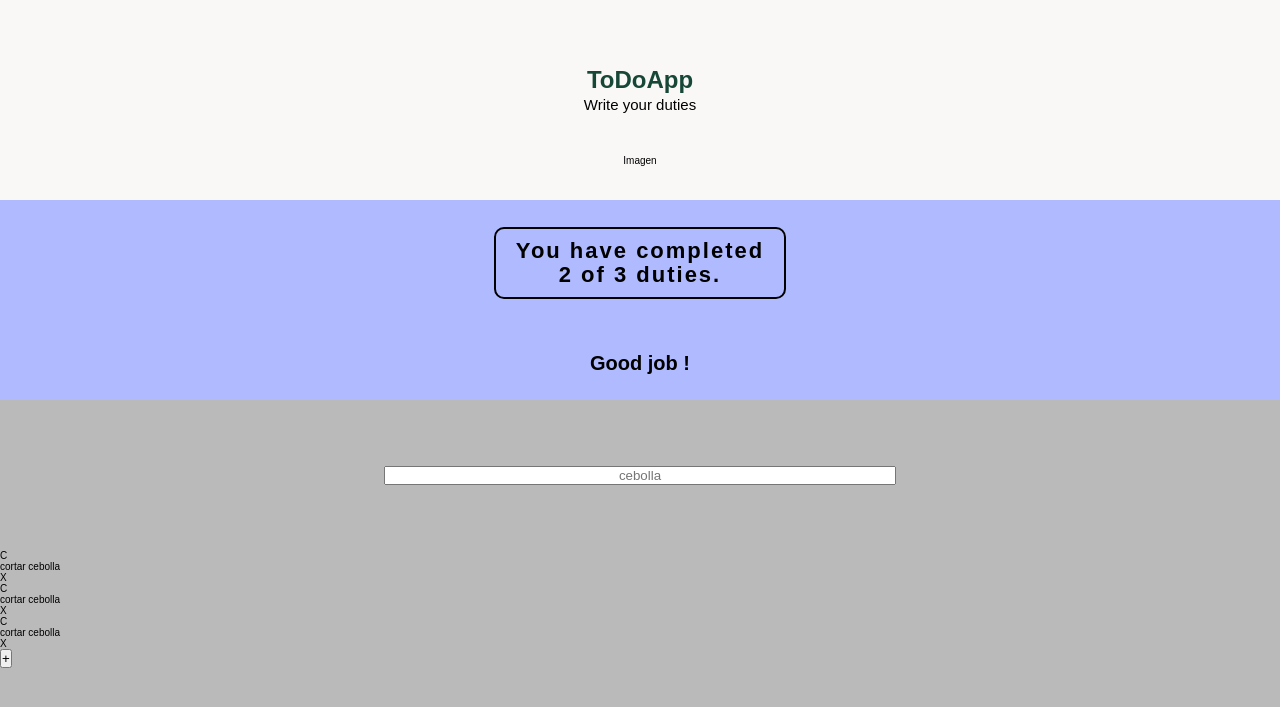
Repository: ChristianGecchelin/to-do-app
Page: /
The author's editor kept a copy of each file at every save. The page is drawn from the files as they stood at one save, then again after the next save.
The browser window is 1280 px wide. The pictures show the whole page.
The project was rebuilt for these pictures with package versions that can differ from the ones it lists, and the page was loaded fresh each time.

Above is the page before, as saved 2022-01-12 11:19:25.

After the next save:
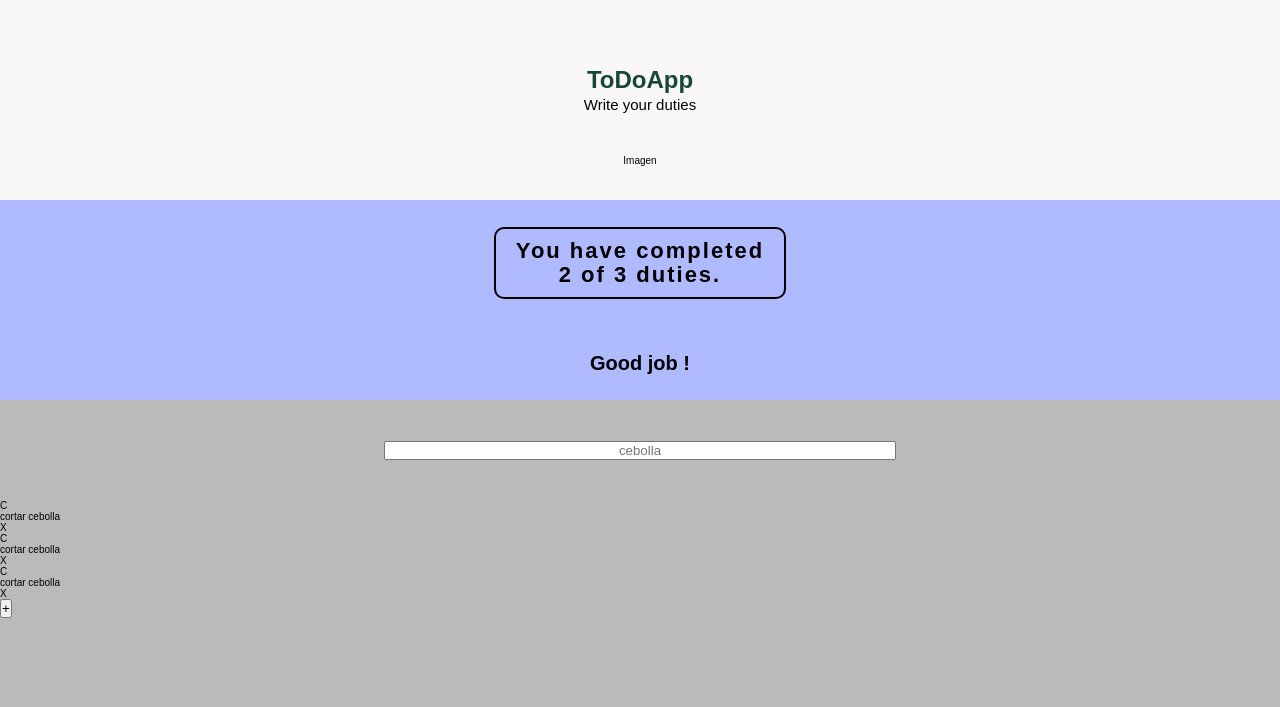
Saved 9 s later.
--- a/src/styles/ToDoSearch.css
+++ b/src/styles/ToDoSearch.css
@@ -5,7 +5,7 @@
   justify-content: center;
   width: 100;
   min-width: 200px;
-  height: 150px;
+  height: 100px;
   text-align: center;
 }
 .search-input {
